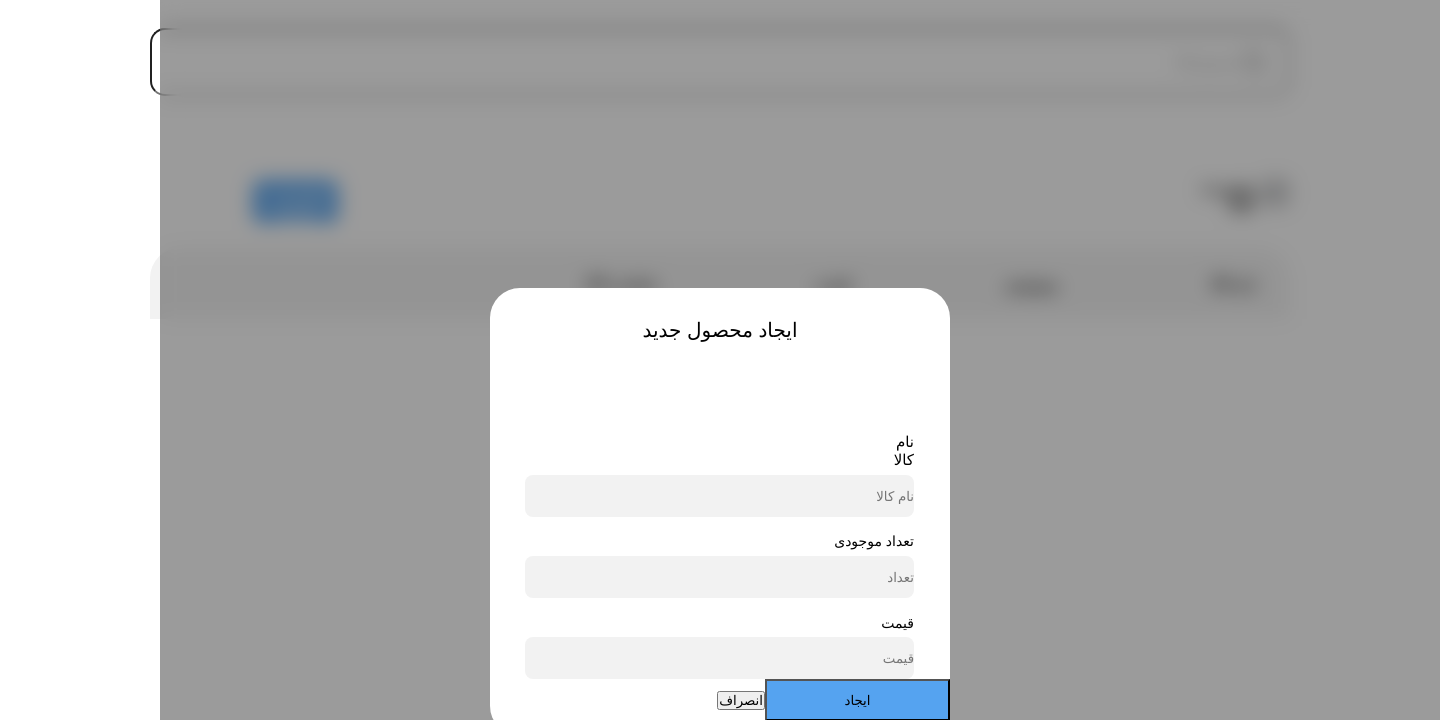
Repository: sobhan-rahimii/project-panel-admin-Next.Js
Page: /dashboard, after clicking the first element matching `button.Dashboard_7644c_addproduct`
The author's editor kept a copy of each file at every save. The page is drawn from the files as they stood at one save, then again after the next save.
The browser window is 1280 px wide. The page is 1440 px wide, so the pictures cover 1440 px, including what lies to the right of the window. The pictures show the whole page.
The page's requests for data from a server got no answer. The project was rebuilt for these pictures with package versions that can differ from the ones it lists, and the page was loaded fresh each time. The framework's server and built-in components were replaced by stand-ins that run in the browser. No one was signed in, and anything a server would have sent is missing. Also part of the build but not shown: next.config.mjs.

Above is the page before, as saved 2025-09-01 15:52:27.

After the next save:
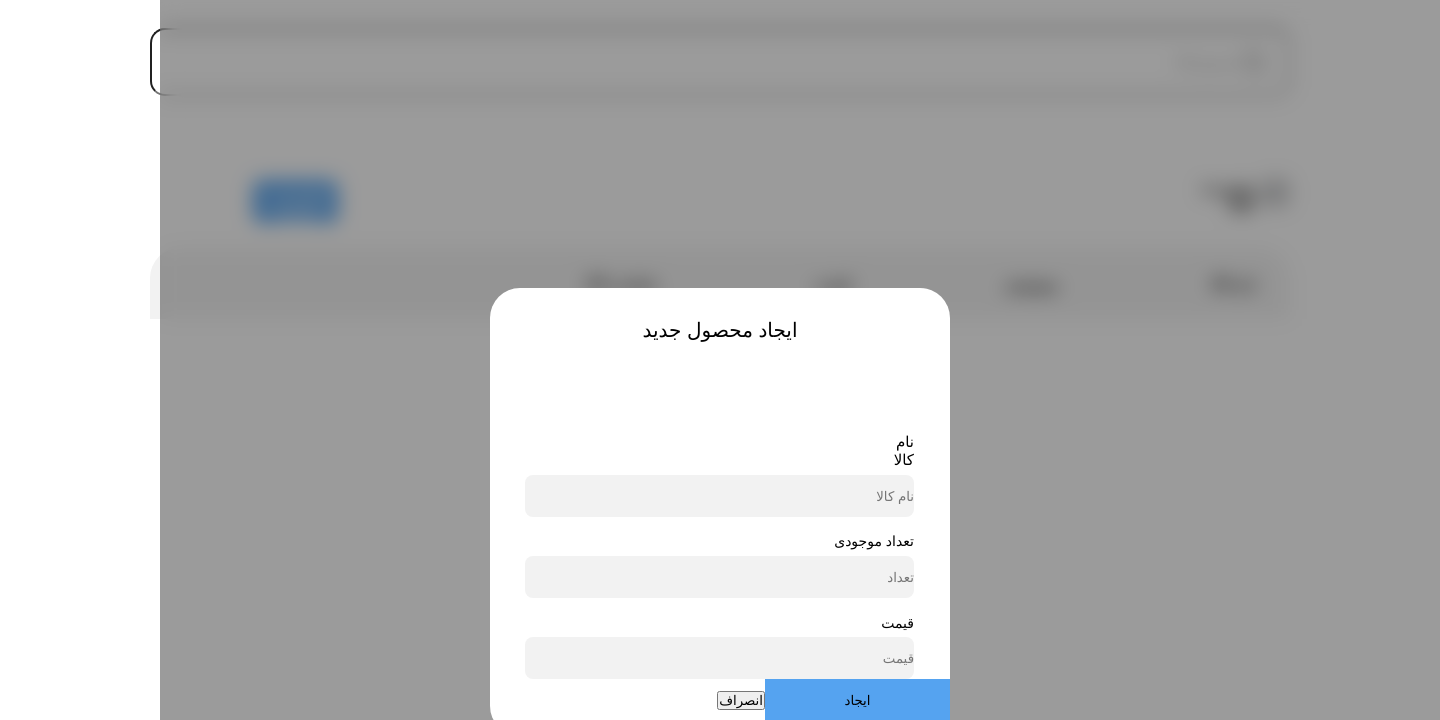
Saved 4 s later.
--- a/styles/AddProductModal.module.css
+++ b/styles/AddProductModal.module.css
@@ -96,5 +96,6 @@
     width: 185px;
     height: 42px;
     background-color: rgba(85, 163, 240, 1);
-    bo
+    border: none;
+
 }
